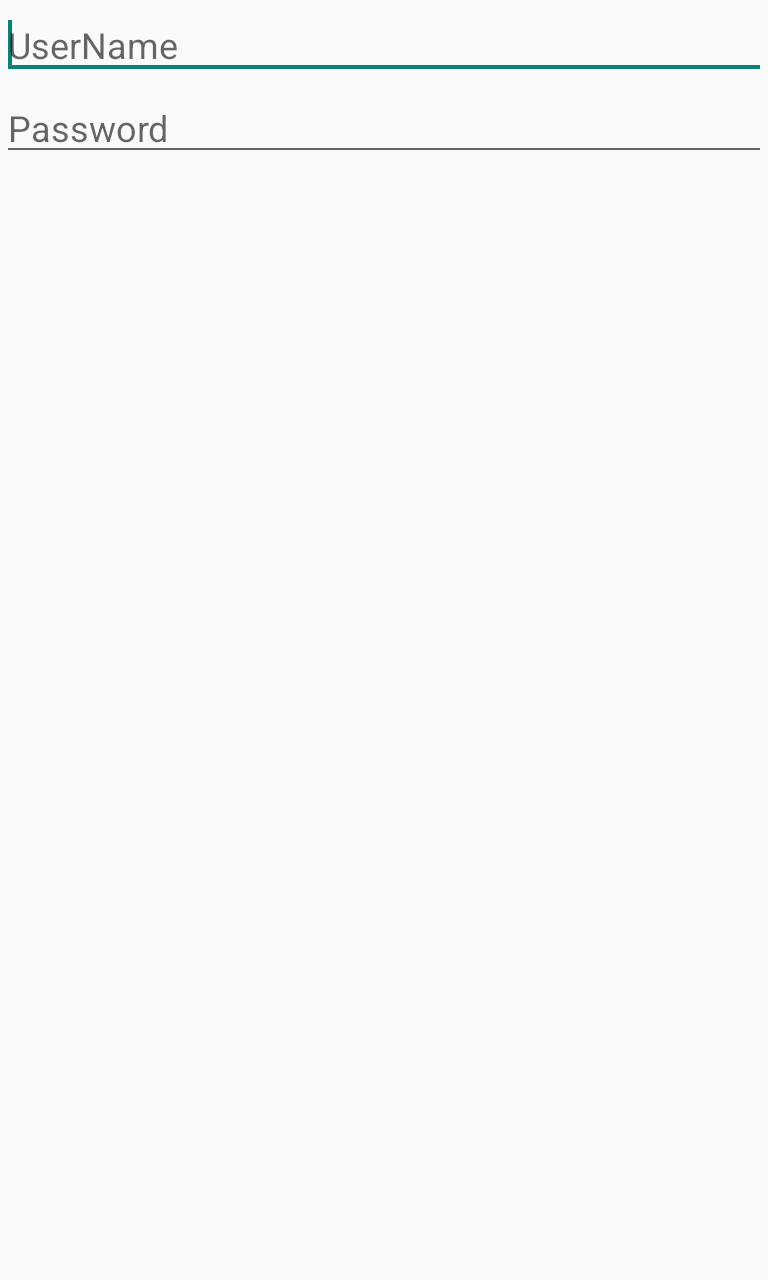
Repository: adarshnair13/message
Layout: sharedpreferenceexample/res/layout/ash1.xml
The author's editor kept a copy of each file at every save. The layout is drawn from the files as they stood at one save, then again after the next save.
It is drawn on a 768 x 1280 px phone screen (xhdpi) without system bars, with theme AppTheme; the app's code is not run.

Above is the layout before, as saved 2015-04-21 05:55:49.

### sharedpreferenceexample/res/layout/ash1.xml
<?xml version="1.0" encoding="utf-8"?>
<LinearLayout xmlns:android="http://schemas.android.com/apk/res/android"
    android:layout_width="match_parent"
    android:layout_height="match_parent"
    android:orientation="vertical" >

    <EditText
        android:id="@+id/editText1"
        android:layout_width="match_parent"
        android:layout_height="wrap_content"
        android:hint="UserName"
        android:ems="10" >

        <requestFocus />
    </EditText>

    <EditText
        android:id="@+id/editText2"
        android:layout_width="match_parent"
        android:layout_height="wrap_content"
        android:hint="Password"
        android:ems="10" />

</LinearLayout>

Loaded but not shown: sharedpreferenceexample/res/values/styles.xml (common file); sharedpreferenceexample/res/values-v11/styles.xml (common file); sharedpreferenceexample/res/values-v14/styles.xml (common file)

After the next save:
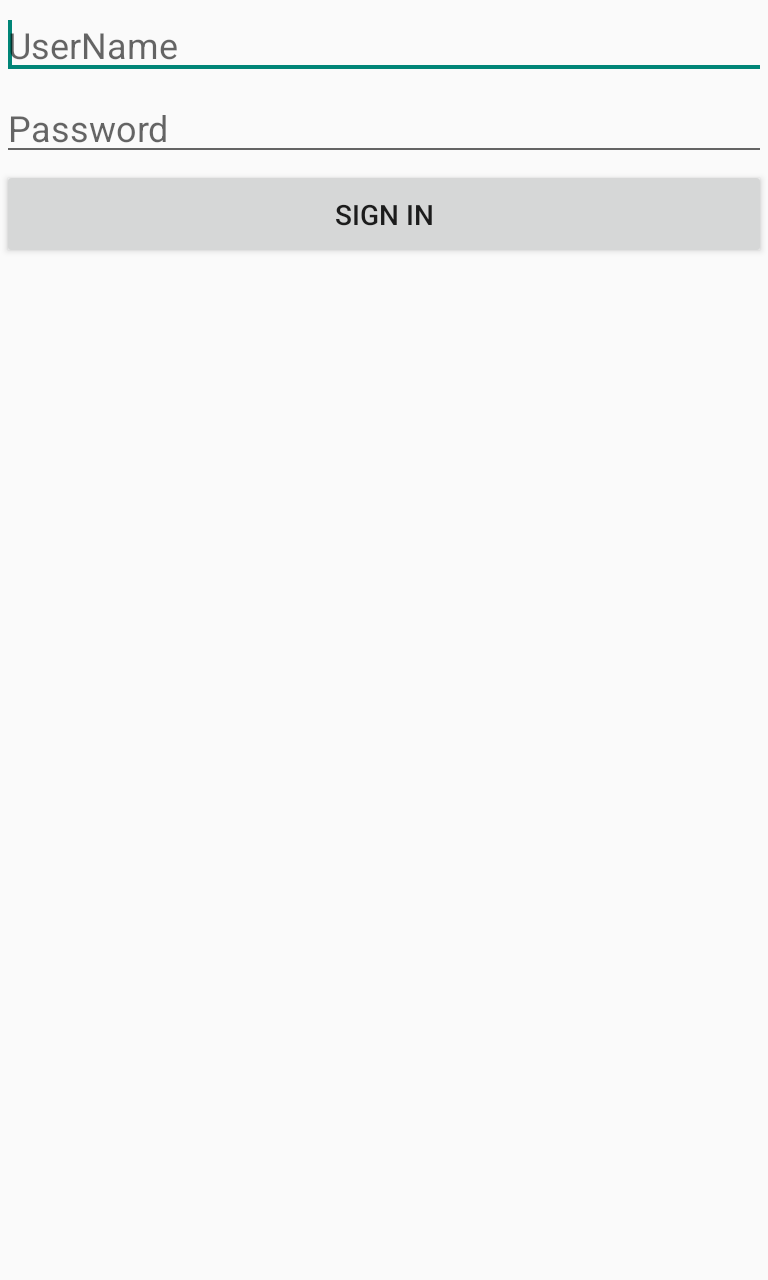
Saved 39 s later.
--- a/sharedpreferenceexample/res/layout/ash1.xml
+++ b/sharedpreferenceexample/res/layout/ash1.xml
@@ -21,4 +21,11 @@
         android:hint="Password"
         android:ems="10" />
 
+    <Button
+        android:id="@+id/button1"
+        style="?android:attr/buttonStyleSmall"
+        android:layout_width="match_parent"
+        android:layout_height="wrap_content"
+        android:text="Sign In" />
+
 </LinearLayout>
